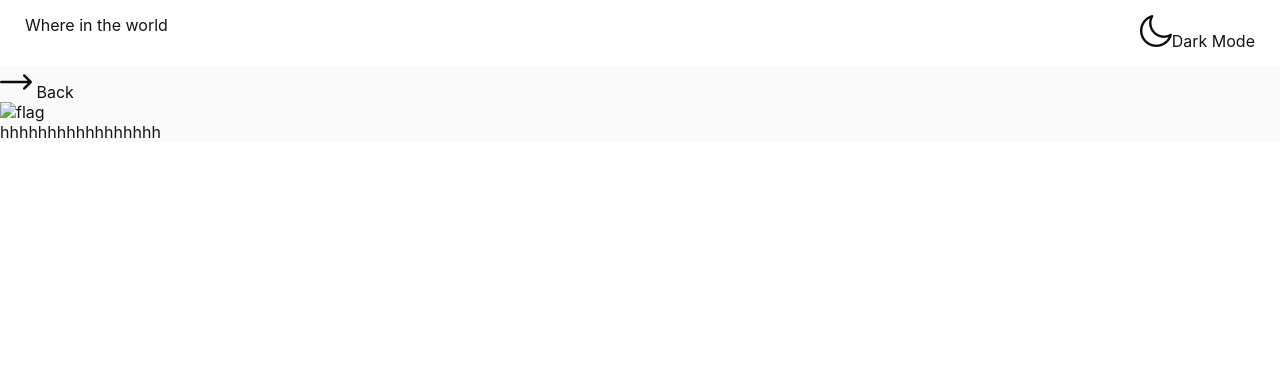
Repository: faithandjs/rest-countries-api
Page: /americas
These files come from the project's save history. The page is drawn as it stood at one moment and after the next save; the edit follows.
The browser window is 1280 px wide. The pictures show the whole page.
The page's requests for data from a server got no answer. The project was rebuilt for these pictures with package versions that can differ from the ones it lists, and the page was loaded fresh each time. No one was signed in, and anything a server would have sent is missing. Also part of the build but not shown: src/components/home.tsx.

Above is the page before, as saved 2022-04-14 15:42:32.

After the next save:
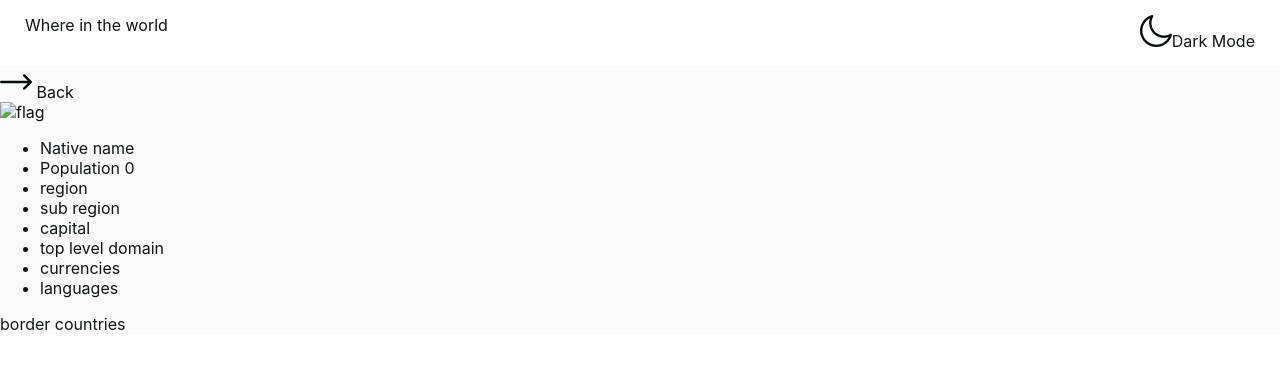
Saved 8 min 15 s later.
--- a/src/components/details.tsx
+++ b/src/components/details.tsx
@@ -13,8 +13,21 @@ function Details() {
         <div>
             <div><img src={currentIcons.arrow} alt='left arrow, back icon'/> Back</div>
             <div>
-                <div><img alt='flag'/></div>
-                hhhhhhhhhhhhhhhhh
+                <div><img src={details.flag} alt='flag'/></div>
+                <div>
+                    <div>{details.name} </div>
+                    <ul>
+                        <li><span>Native name</span> {details.nativeName}</li>
+                        <li><span>Population</span> {details.population}</li>
+                        <li><span>region</span> {details.region}</li>
+                        <li><span>sub region</span> {details.subRegion}</li>
+                        <li><span>capital</span> {details.capital}</li>
+                        <li><span>top level domain</span> {details.tld}</li>
+                        <li><span>currencies</span> {details.currencies}</li>
+                        <li><span>languages</span> {details.languages}</li>
+                    </ul>
+                    <div><span>border countries</span>{details.borderCountries}</div>
+                </div>
             </div>
         </div>
     );
